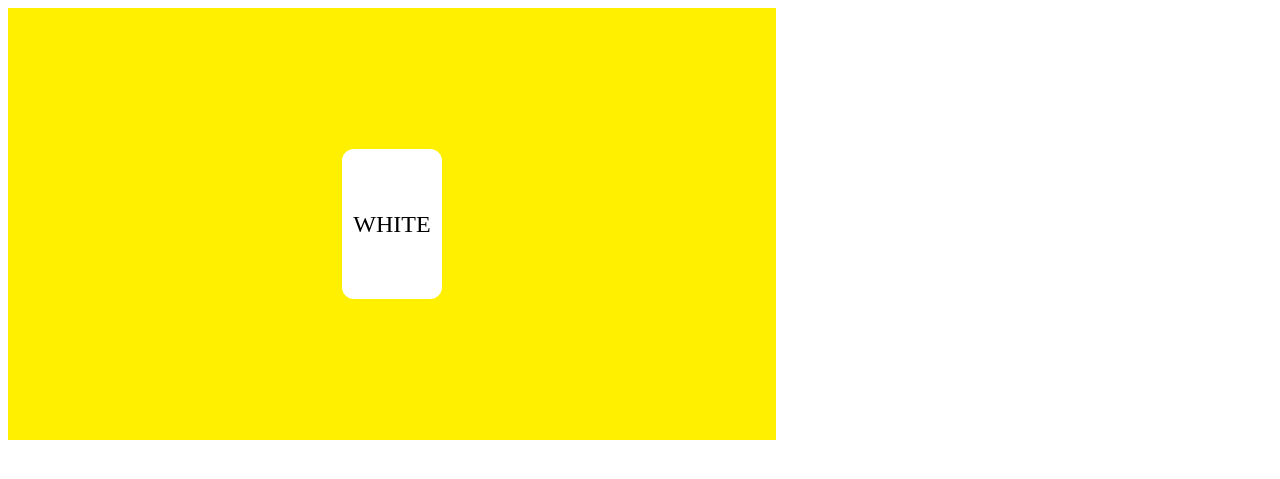
Repository: ggandory/interactiveweb
Page: Interactive_section2-css3d/02.html
These files come from the project's save history. The page is drawn as it stood at one moment and after the next save; the edit follows.
The browser window is 1280 px wide. The pictures show the whole page.

Above is the page before, as saved 2024-10-07 15:37:32.

After the next save:
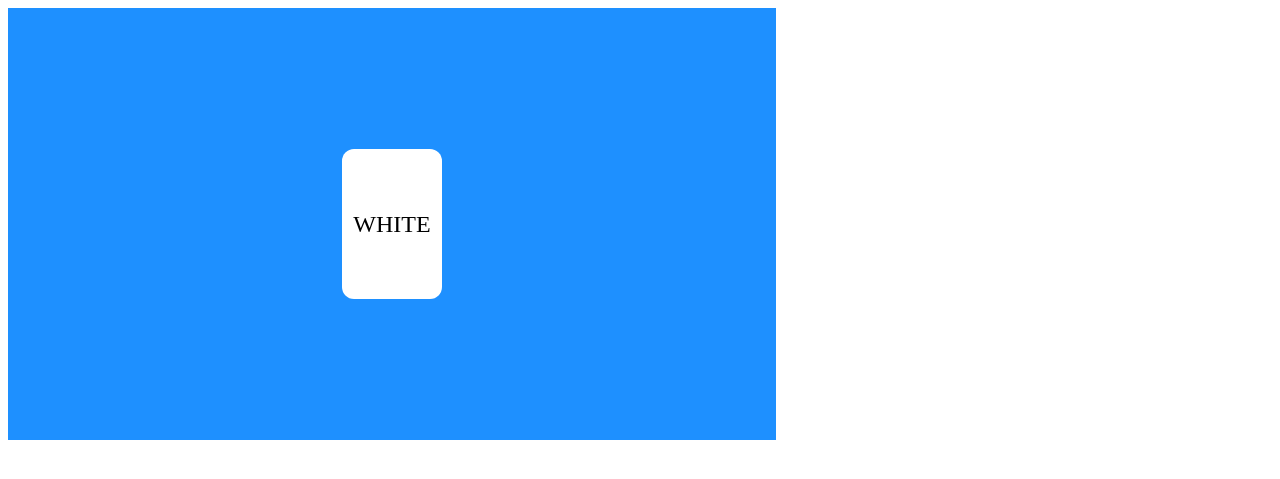
Saved 2 min 17 s later.
--- a/Interactive_section2-css3d/02.html
+++ b/Interactive_section2-css3d/02.html
@@ -13,7 +13,7 @@
             justify-content: center;
             width: 60vw;
             height: 60vh;
-            background: #fff000;
+            background: dodgerblue;
             perspective: 500px;
         }
 
